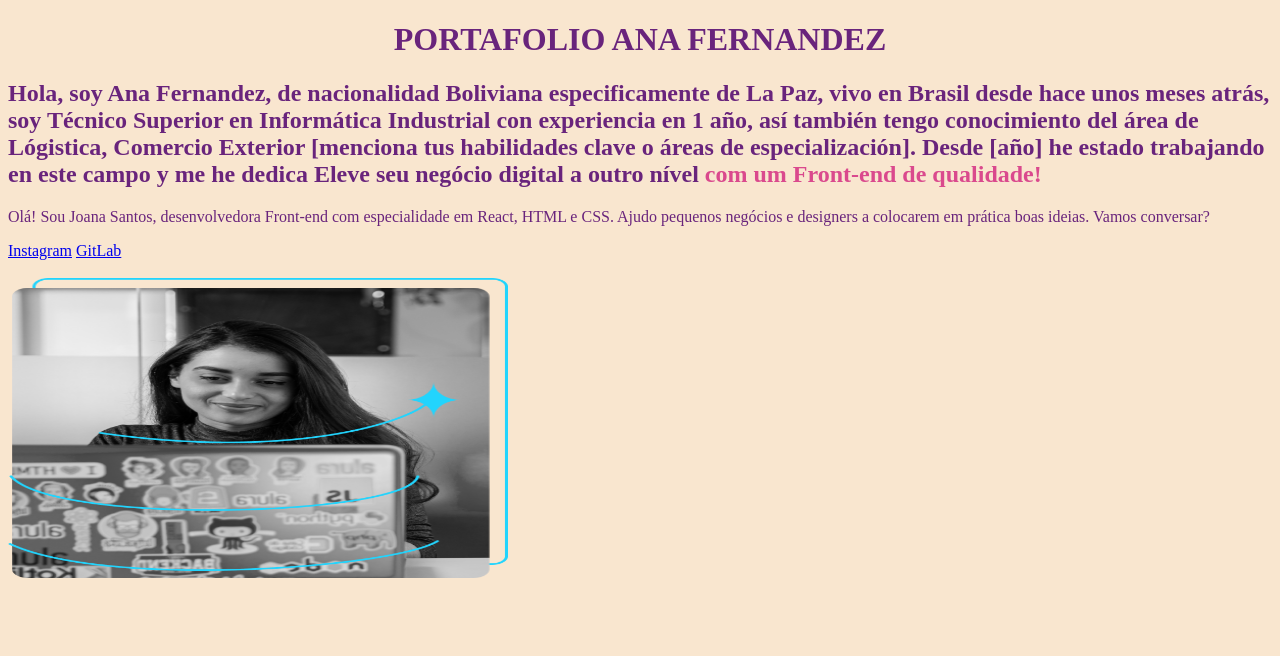
Repository: AnaFzCz/PROYECTOS-HTML---CSS2
Page: Portafolio/index.html
The author's editor kept a copy of each file at every save. The page is drawn from the files as they stood at one save, then again after the next save.
The browser window is 1280 px wide. The pictures show the whole page.

Above is the page before, as saved 2025-01-22 14:13:23.

### Portafolio/index.html
<!DOCTYPE html>
<html lang="en">
<head>
    <meta charset="UTF-8">
    <meta http-equiv="X-UA-Compatible" content="IE=edge">
    <meta name="viewport" content="width=device-width, initial-scale=1.0">
    <title>Portafolio</title>
    <link rel="stylesheet" href="style.css">
</head>
<body>
    <header>

    </header>
    <main>
        <h1 style="text-align: center;">PORTAFOLIO ANA FERNANDEZ</h1>
        <h2>Hola, soy Ana Fernandez, de nacionalidad Boliviana especificamente de La Paz, vivo en Brasil desde hace unos meses atrás, soy Técnico Superior en Informática Industrial con experiencia en 1 año, así también tengo conocimiento del área de Lógistica, Comercio Exterior  [menciona tus habilidades clave o áreas de especialización]. Desde [año] he estado trabajando en este campo y me he dedica

            Eleve seu negócio digital a outro nível <span>com um Front-end de qualidade!</span></h2>
        <p>Olá! Sou Joana Santos, desenvolvedora Front-end com especialidade em React, HTML e CSS. Ajudo pequenos negócios e designers a colocarem em prática boas ideias. Vamos conversar?</p>

        <div >
        <a href="https://instagram.com">Instagram</a>
        <a href="https://github.com/AnaFzCz">GitLab</a>
        <br>
        <br>
        <img src="imagem.png" alt="homeoffice" style="width:500px;height: 300px;">
        </div>
    </main>
    <footer></footer>
</body>
</html>

### Portafolio/style.css
body{
   background-color: #F9E6CF;
   color:#69247C;

}

span{
    color:#DA498D;
}
/*h1 {
    color: #333333;

}
button {
    background-color: green;
    color: white;

}
footer {
    background-color: gray;
    color: white;

}
a {
    color: DodgerBlue;

}*/

After the next save:
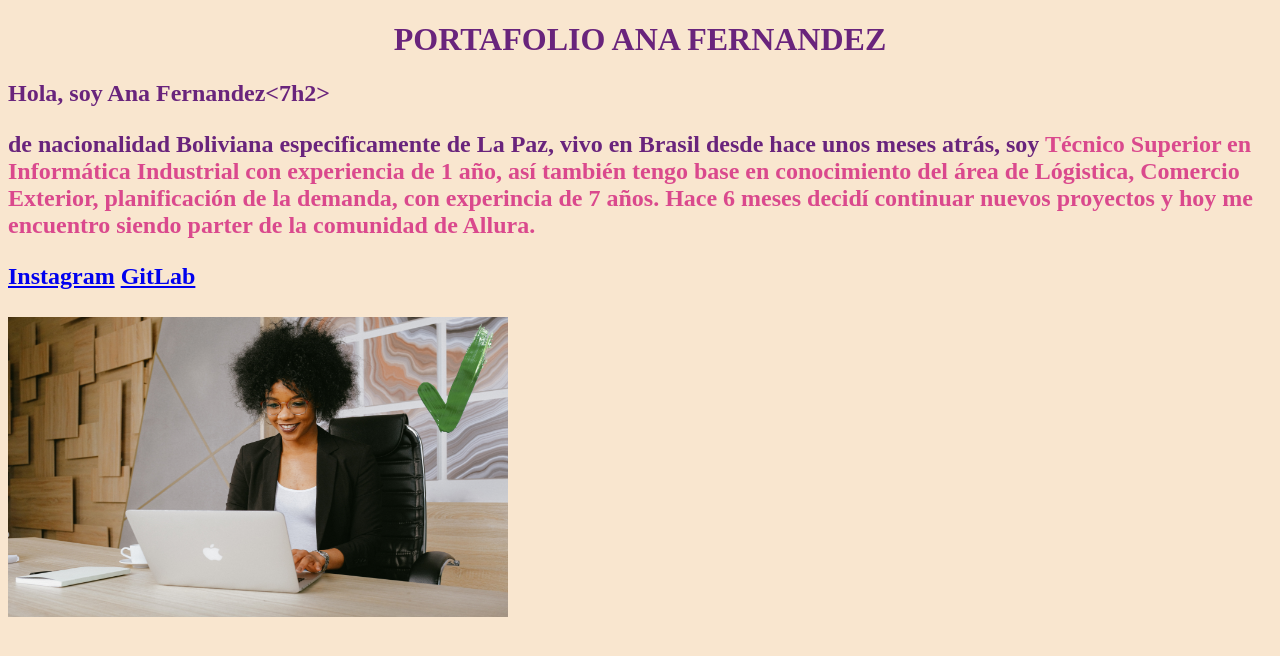
Saved 16 h 11 min later.
--- a/Portafolio/index.html
+++ b/Portafolio/index.html
@@ -13,17 +13,13 @@
     </header>
     <main>
         <h1 style="text-align: center;">PORTAFOLIO ANA FERNANDEZ</h1>
-        <h2>Hola, soy Ana Fernandez, de nacionalidad Boliviana especificamente de La Paz, vivo en Brasil desde hace unos meses atrás, soy Técnico Superior en Informática Industrial con experiencia en 1 año, así también tengo conocimiento del área de Lógistica, Comercio Exterior  [menciona tus habilidades clave o áreas de especialización]. Desde [año] he estado trabajando en este campo y me he dedica
-
-            Eleve seu negócio digital a outro nível <span>com um Front-end de qualidade!</span></h2>
-        <p>Olá! Sou Joana Santos, desenvolvedora Front-end com especialidade em React, HTML e CSS. Ajudo pequenos negócios e designers a colocarem em prática boas ideias. Vamos conversar?</p>
-
-        <div >
+        <h2>Hola, soy Ana Fernandez<7h2><p>de nacionalidad Boliviana especificamente de La Paz, vivo en Brasil desde hace unos meses atrás, soy <span>Técnico Superior en Informática Industrial<span></span> con experiencia de 1 año, así también tengo base en <span>conocimiento del área de Lógistica, Comercio Exterior, planificación de la demanda</span>, con experincia de 7 años. Hace 6 meses decidí continuar nuevos proyectos y hoy me encuentro siendo parter de la comunidad de Allura.</p>
+            <div >
         <a href="https://instagram.com">Instagram</a>
         <a href="https://github.com/AnaFzCz">GitLab</a>
         <br>
         <br>
-        <img src="imagem.png" alt="homeoffice" style="width:500px;height: 300px;">
+        <img src="home-office.jpg" alt="homeoffice" style="width:500px;height: 300px;">
         </div>
     </main>
     <footer></footer>
